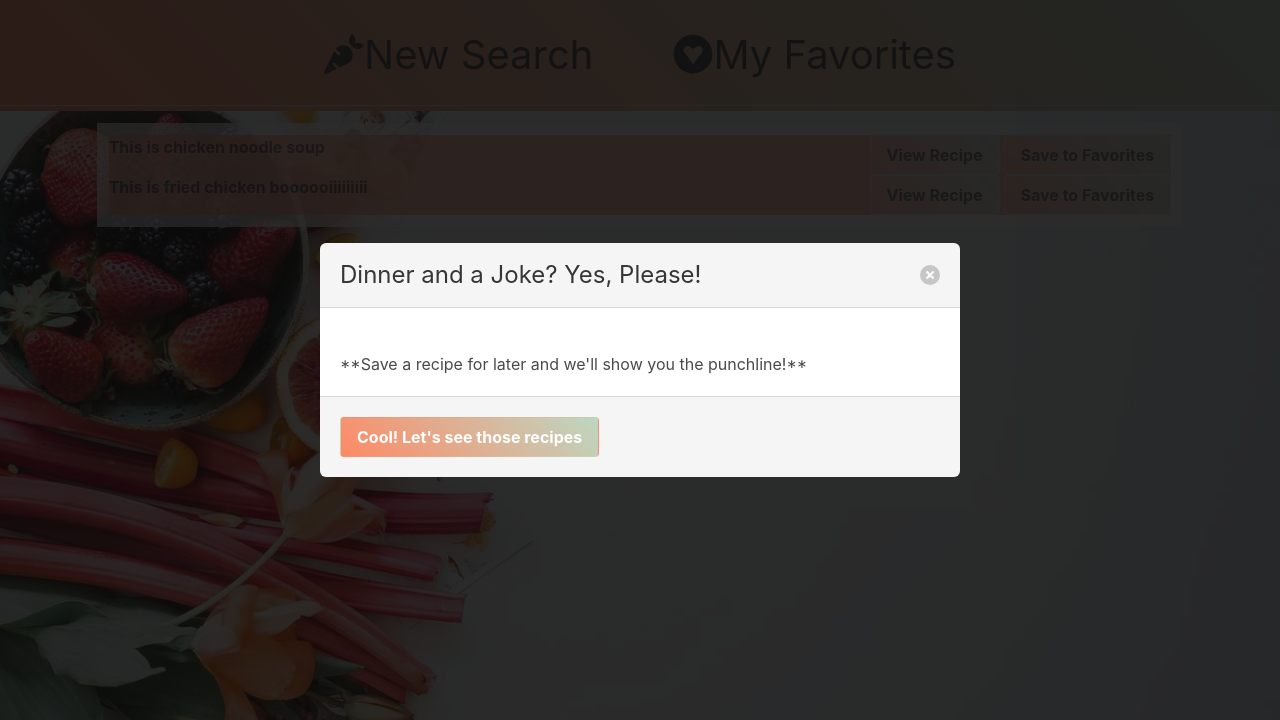
Repository: puakehaulani/the-hungry-app-proj1
Page: results.html
These files come from the project's save history. The page is drawn as it stood at one moment and after the next save; the edit follows.
The browser window is 1280 px wide. The pictures show the window.
The page's requests for data from a server got no answer. A layer covers the whole window, so only the first screen is drawn. Some web libraries are served in a nearby version.

Above is the page before, as saved 2020-10-17 19:17:52.

### results.html
<!DOCTYPE html>
<html lang="en">

<head>
    <meta charset="UTF-8">
    <meta name="viewport" content="width=device-width, initial-scale=1.0">
    <title>Results</title>
    <!-- reset css -->
    <link rel="stylesheet" href="assets/style/reset.css">
    <!-- bulma cdn -->
    <link rel="stylesheet" href="https://cdnjs.cloudflare.com/ajax/libs/bulma/0.9.1/css/bulma.min.css">
    <!-- project css style sheet -->
    <link rel="stylesheet" href="assets/style/style.css">
</head>

<body>
    <nav class="tabs is-centered is-size-5-mobile is-size-3-tablet is-size-2-widescreen" role="navigation" aria-label="main navigation">
        <ul>
            <li>
                <!-- search new item link  -->
                <a href="index.html">
                    <span><i class="fas fa-carrot"></i></span>
                    <span>New Search</span>
                </a>
            </li>
            <li>
                <!-- link to favorites page on the left -->
                <a href="favorites.html">
                    <span><i class="fab fa-gratipay"></i></span>
                    <span>My Favorites</span>
                </a>
            </li>
        </ul>
    </nav>
    <div class="columns">
        <div class="column is-offset-1 is-10" id="resultsContentContainer">
            <ul id="display">
                <li>
                    This is chicken noodle soup
                    <div>
                    <a href="" class="button is-inverted is-outlined">View Recipe</a>
                    <button class="button saveBtn is-inverted is-outlined">Save to Favorites</button>
                    </div>
                </li>
                <li>
                    This is fried chicken boooooiiiiiiiii
                <div>
                        <a href="" class="button is-inverted is-outlined">View Recipe</a>
                        <button class="button saveBtn is-inverted is-outlined">Save to Favorites</button>
                    </div>
                </li>
            </ul>
        </div>
    </div>


    <!-- bulma fontawesome -->
    <script defer src="https://use.fontawesome.com/releases/v5.14.0/js/all.js"></script>
    <!-- jquery cdn -->
    <script src="https://code.jquery.com/jquery-3.5.1.min.js"
        integrity="sha256-9/aliU8dGd2tb6OSsuzixeV4y/faTqgFtohetphbbj0=" crossorigin="anonymous"></script>
    <!-- Our JS -->
    <script src="assets/script/results.js"></script>


    <!-- // all code below is for the modal /// -->
    <div class="modal is-active" id="test">
        <div class="modal-background"></div>
        <div class="modal-card">
            <header class="modal-card-head">
                <p class="modal-card-title">Dinner and a Joke? Yes, Please!</p>
                <button class="delete" aria-label="close"></button>
            </header>
            <section class="modal-card-body">
                <h1 id="setup"></h1>
                <br>
                <h3>**Save a recipe for later and we'll show you the punchline!**</h3>
            </section>
            <footer class="modal-card-foot">
                <button class="button is-success" id="showjokesetup">
                    Cool! Let's see those recipes
                </button>
            </footer>
        </div>
    </div>

    <!-- // all code ABOVE is for the modal /// -->
    <!--punchline modal below-->
    <div class="modal" id="punch">
        <div class="modal-background"></div>
        <div class="modal-card">
            <header class="modal-card-head">
                <p class="modal-card-title">Favorite saved! Here's your punchline:</p>
                <button class="delete" aria-label="close"></button>
            </header>
            <section class="modal-card-body">
                <h1 id="punchline"></h1>
            </section>
            <footer class="modal-card-foot">
                <button class="button is-success" id="closepunchline">
                    wow that was hilarious!
                </button>
            </footer>
        </div>
    </div>


</body>

</html>

### assets/style/style.css

html{
    background-image: url(images/foodOnSIde.jpg);
    background-size: cover;
    min-height: 800px;
    background-repeat: no-repeat;
}

.tabs{
    background-image: linear-gradient(45deg, #FE8965, #BED7C1) ;
    padding-bottom: 5px;
    padding-top: 5px;
    color: black !important;
}


.button{
    background-image: linear-gradient(45deg, #FE8965, #BED7C1) ;
    color: black;
    font-weight: bold;
}

.saveBtn{
    background-image: linear-gradient(45deg, #FE8965, #BED7C1) ;
    color: black;
}

/* Elements only in index html */

#indexInstructions{
    background-color: rgb(236,75,70, .75);
}

#indexInstructions p{
    font-weight: bold;
    color: white;
}

#ingredientSearch{
    display: inline-block;
}

th{
    background-image: linear-gradient(45deg, #FE8965, #BED7C1) ;
    color: black !important;
}


/* Elements that only exist on results html*/


#resultsContentContainer {
    background-color:rgb(255, 255, 255, .7);
    color:black;
    font-weight: bolder;
    float: left;
}
#display li{
    display: flex;
    justify-content: space-between;
    background-color: #FE8965;
    opacity: 0.55;
}






#favRecipes{
    min-height: 300px;
    color: black;
    background-color: rgb(256, 256, 256, .9);
    border-radius: 15px;
}

#favRecipes h1{
    background-image: linear-gradient(45deg, #FE8965, #BED7C1) ;
    border-radius: 10px;
}

#favJokes{
    min-height: 300px;
    color: black;
    background-color: rgb(256, 256, 256, .9);
    border-radius: 15px;
}

#favJokes h1{
    background-image: linear-gradient(45deg, #FE8965, #BED7C1) ;
    border-radius: 10px;
}

### assets/script/results.js
// ---List of API Keys available for spoonacular, must change in 2 locations---
// ---902b0ba573384b2d954de9933fd4c7ef
// ---65b67db8cfc84a6983b23e942fda13da
$(document).ready(function () {
    // -----GLOBAL VAR-----
    // string of user input ingredients from local storage
    let ingredientsString = localStorage.getItem("ingredients")
    console.log(ingredientsString);

    // -----build functions-----

    // ---build ingredient endpoint function---
    function buildIngredientsURL() {
        let ingredientsAPIURL = "https://api.spoonacular.com/recipes/findByIngredients?"
        let ingredientsParams = {
            //route to user input id for ingredients
            apiKey: "65b67db8cfc84a6983b23e942fda13da",
            //route to user input id for recipe type (query)
            ingredients: ingredientsString,
            // //route to user input id for number of results
            // number: "",
        };
        console.log(ingredientsAPIURL + $.param(ingredientsParams));
        return ingredientsAPIURL + $.param(ingredientsParams);
    }


    // show results function
    function showResults(responseli) {
        // -----build recipe url-----
        let $display = $("#display");
        $display.empty();
        for (i = 0; i < 10; i++) {
            let li = $("<li>");
            let viewBtn = $("<a>");
            let saveBtn = $("<button>");
            li.text(responseli[i].title);
            viewBtn.text("View Recipe");
            viewBtn.attr("class", "button is-inverted is-outlined");
            viewBtn.attr("target", "_blank")
            saveBtn.text("Save to Favorites");
            saveBtn.attr("class", "button is-inverted is-outlined saveBtn");

            li.append(viewBtn);
            li.append(saveBtn);
            $display.append(li);

            let recipeId = responseli[i].id;
            console.log(recipeId);
            let recipeAPI = "https://api.spoonacular.com/recipes/" + recipeId + "/information?apiKey=65b67db8cfc84a6983b23e942fda13da&includeNutrition=false";
            // ajax call to get url for recipe, commented out to preserve quota
            $.ajax({
                url: recipeAPI,
                method: "GET",
            }).then(function (response) {
                console.log(response);
                let responseLink = response.sourceUrl;
                console.log(responseLink);
                li.attr("data-link", responseLink);
                viewBtn.attr("href", responseLink);
            })
        }
    }


    // https://official-joke-api.appspot.com/random_joke
    // ----build URL function----


    let queryURL = "https://official-joke-api.appspot.com/random_joke";
    $.ajax({
        url: queryURL,
        method: "GET"
    }).then(function (response) {
        console.log(response.setup);
        console.log(response.punchline);
        $("#setup").text(response.setup)
        $("#punchline").text(response.punchline)
        localStorage.setItem("punchline", response.punchline)
        localStorage.setItem("setup", response.setup)
    });

    // event listener and handling for a user that doesn't want to see joke
    $("#nojoke").on("click", function () {
        console.log("no")
    });


    let test = document.querySelector("#test");
    let showjokesetup = document.querySelector("#showjokesetup");
    console.log(showjokesetup);
    showjokesetup.addEventListener("click", function () {
        test.classList.toggle("is-active");
    })



    // -----CALLS-----

    let ingredientAPI = buildIngredientsURL();
    //ajax call working, commented out to preserve quota
    $.ajax({
        url: ingredientAPI,
        method: "GET",
    }).then(function (response) {
        console.log(response);
        console.log("hello");
        showResults(response);

        // click function to close modal
        let closepunchline = document.querySelector("#closepunchline");
        console.log("lexilogclose " + closepunchline);
        closepunchline.addEventListener("click", function () {
            punch.classList.toggle("is-active");
        })
    })

    // click function for save btn, same format as for modal earlier //
    let punch = document.querySelector("#punch");
    let showpunchline = document.querySelector(".saveBtn");
    console.log("lexilog " + showpunchline);
    showpunchline.addEventListener("click", function () {
        punch.classList.toggle("is-active");
        console.log("lexilog2 " + localStorage.getItem("punchline"));
        $("#punchline").text(localStorage.getItem("punchline"));

        //these local storages needs work, this will currently just store one
        // localStorage.setItem("favetitle ", );
        // localStorage.setItem("favelink ", );
    })
});

Loaded but not shown: assets/style/reset.css (common file)

After the next save:
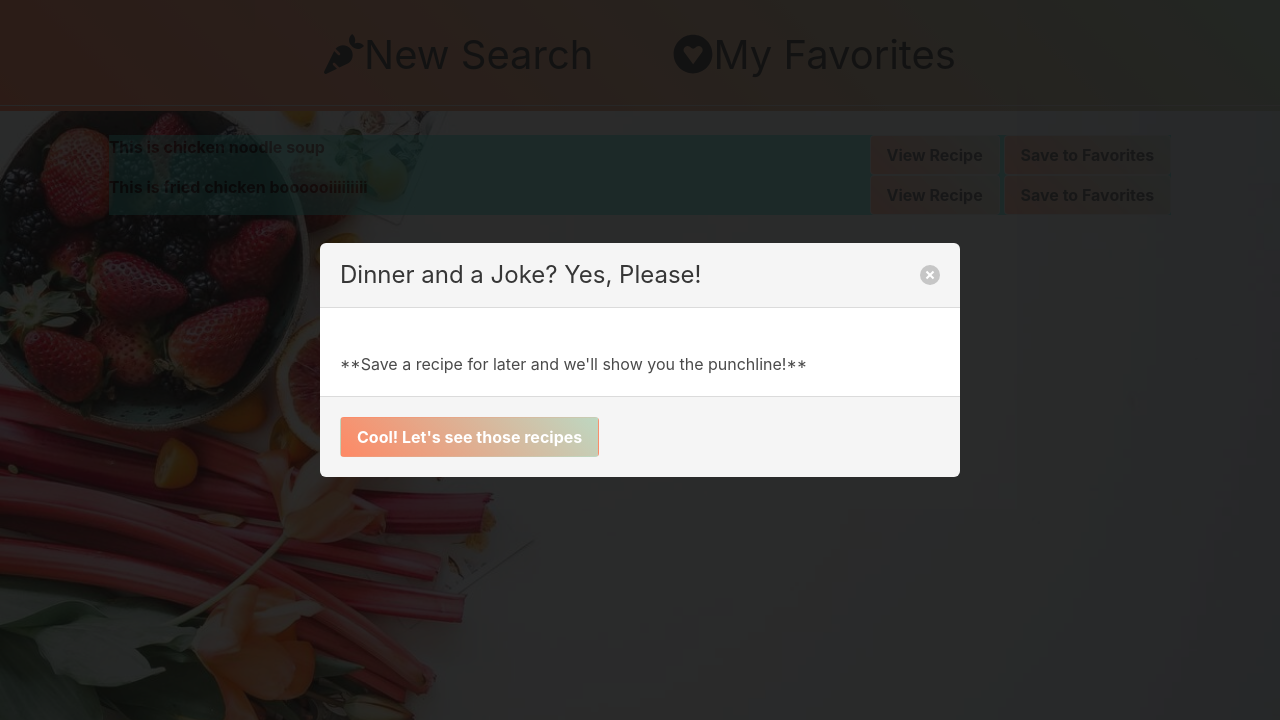
Saved 36 s later.
--- a/assets/style/style.css
+++ b/assets/style/style.css
@@ -50,7 +50,7 @@
 
 
 #resultsContentContainer {
-    background-color:rgb(255, 255, 255, .7);
+    background-color:pink, .7;
     color:black;
     font-weight: bolder;
     float: left;
@@ -58,7 +58,7 @@
 #display li{
     display: flex;
     justify-content: space-between;
-    background-color: #FE8965;
+    background-color:turquoise;
     opacity: 0.55;
 }
 

After the save that followed:
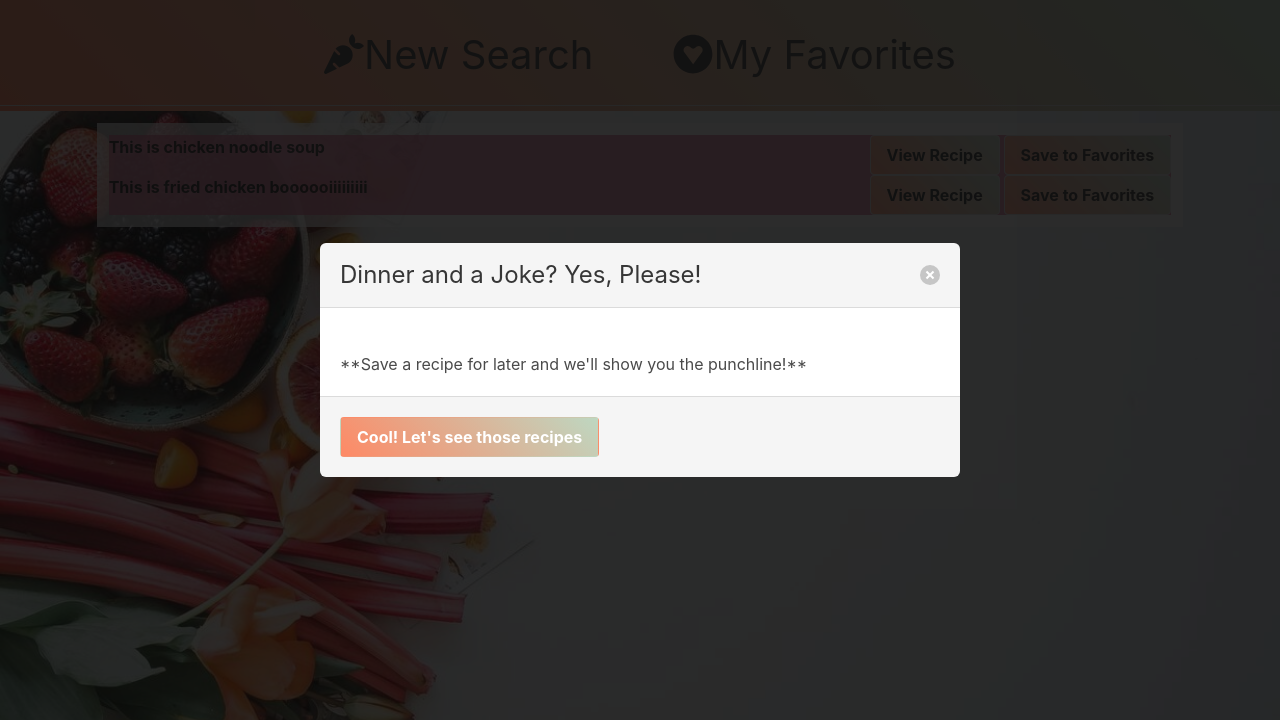
Saved 74 s later.
--- a/assets/style/style.css
+++ b/assets/style/style.css
@@ -50,7 +50,7 @@
 
 
 #resultsContentContainer {
-    background-color:pink, .7;
+    background-color:rgb(255, 255, 255, .7);
     color:black;
     font-weight: bolder;
     float: left;
@@ -58,8 +58,8 @@
 #display li{
     display: flex;
     justify-content: space-between;
-    background-color:turquoise;
-    opacity: 0.55;
+    background-color: palevioletred;
+    opacity: 0.75;
 }
 
 
